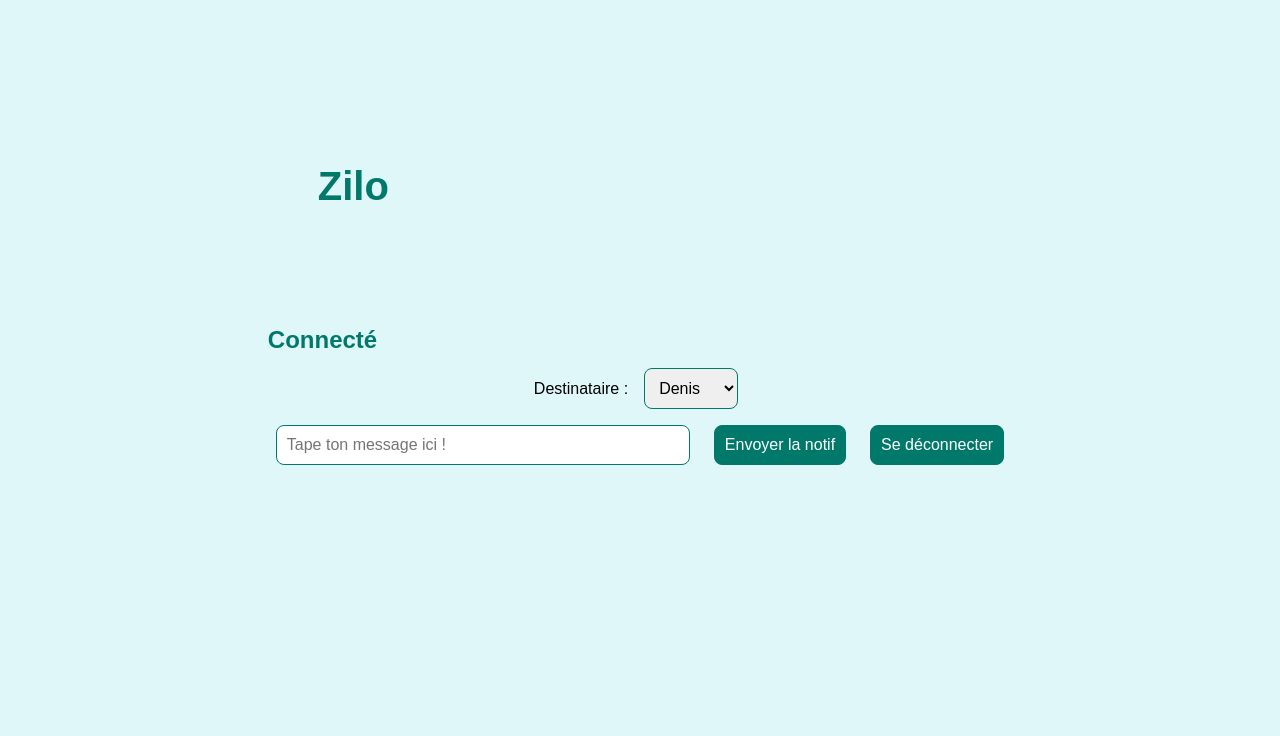
Repository: nlagardere/LumoNet
Page: public/index.html
An editor plug-in stored every save of this project. The page is shown before and after a run of saves, followed by the edit.
The browser window is 1280 px wide. The pictures show the whole page.

Above is the page before, as saved 2025-08-18 20:00:16.

### public/index.html
<!DOCTYPE html>
<html lang="fr">
<head>
  <meta charset="UTF-8" />
  <meta name="viewport" content="width=device-width, initial-scale=1.0" />
  <title>Zilo</title>
  <style>
    body {
      font-family: Arial, sans-serif;
      display:flex; flex-direction:column;
      align-items:center; justify-content:center;
      height:100vh; background:#e0f7fa;
    }

    h1, h2 {
      color:#00796b;
      margin:6px 0;
    }

    select, input, button {
      margin:8px;
      padding:10px;
      font-size:16px;
      border-radius:8px;
      border:1px solid #00796b;
    }

    button {
      background:#00796b;
      color:#fff;
      cursor:pointer;
    }

    button:hover{
      background:#004d40;
    }

    .row{
      display:flex;
      gap:8px;
      flex-wrap:wrap;
      align-items:center;
      justify-content:center;
    }


     .card h1 {
      font-size:2.5em;
      margin-bottom:12px;
      position: relative;
      top: -50%;
      left: 50px
     }


  </style>
</head>
<body>
  <div class="card">
    <h1>Zilo</h1>
    <h2 id="welcome">Connecté</h2>

    <div class="row">
      <label for="recipient">Destinataire :</label>
      <select id="recipient">
        <option value="denis">Denis</option>
        <option value="nathan">Nathan</option>
      </select>
    </div>

    <div class="row">
      <input id="message" type="text" placeholder="Tape ton message ici !" size="40" />
      <button id="send">Envoyer la notif</button>
      <button id="logout">Se déconnecter</button>
    </div>
  </div>

  <script>
    const messageInput = document.getElementById('message');

    async function send(){
      const recipient = document.getElementById('recipient').value;
      const message = messageInput.value.trim();
      if(!message){ alert('Écris un message !'); return; }

      const res = await fetch('/api/send', {
        method:'POST', headers:{'Content-Type':'application/json'},
        body: JSON.stringify({ recipient, message })
      });
      const data = await res.json();
      if(data.ok){
        messageInput.value = '';
        alert('Notification envoyée !');
      } else {
        if(res.status === 401){
          // non connecté → renvoie vers la connexion
          window.location.href = '/login.html';
        } else {
          alert('Erreur : ' + (data.error||'inconnue'));
        }
      }
    }

    async function logout(){
      await fetch('/api/logout');
      window.location.href = '/login.html';
    }

    document.getElementById('send').addEventListener('click', send);
    document.getElementById('logout').addEventListener('click', logout);
    messageInput.addEventListener('keydown', e => { if(e.key==='Enter') send(); });
  </script>
</body>
</html>

After the next 2 saves:
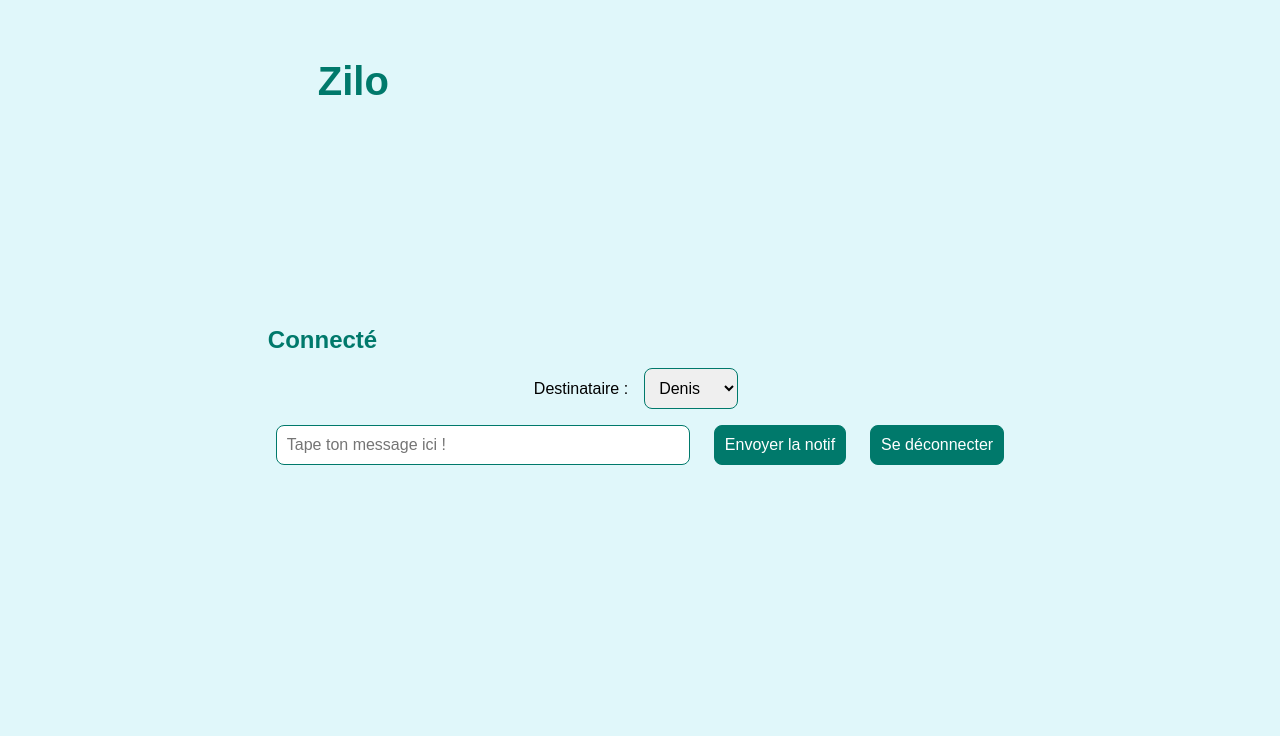
The 2 saves are shown as one change because they came seconds apart.
The last was saved 7 s later.
--- a/public/index.html
+++ b/public/index.html
@@ -48,7 +48,7 @@
       font-size:2.5em;
       margin-bottom:12px;
       position: relative;
-      top: -50%;
+      top: -100%;
       left: 50px
      }
 
